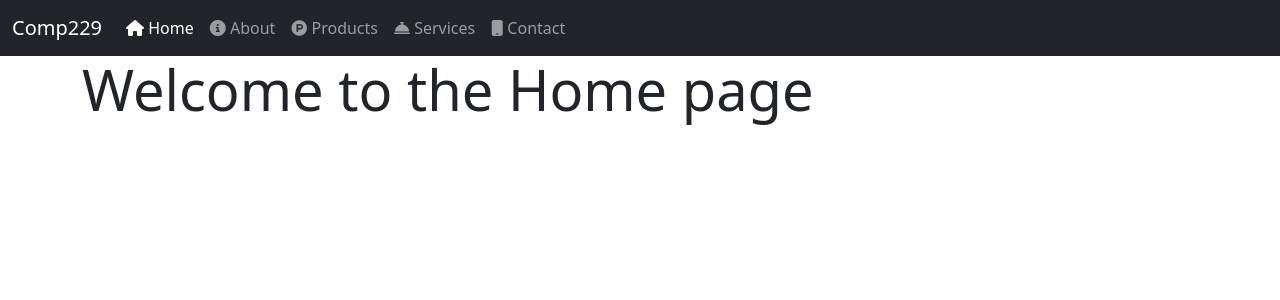
Repository: nhoque7/week3t.2
Page: http://localhost/
An editor plug-in stored every save of this project. The page is shown before and after the next save, followed by the edit.
The browser window is 1280 px wide. The pictures show the whole page.
The page is served by the project's Node server (server.js).

Above is the page before, as saved 2022-10-13 23:28:14.

After the next save:
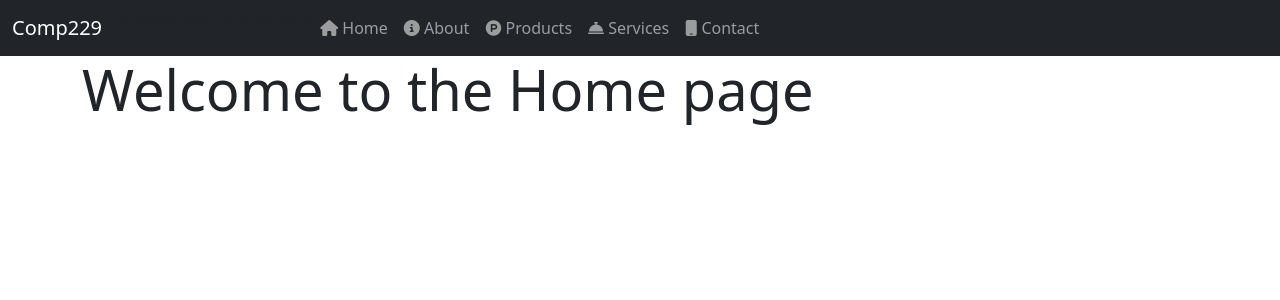
Saved 4 min 50 s later.
--- a/views/index.ejs
+++ b/views/index.ejs
@@ -23,8 +23,13 @@
       <div class="collapse navbar-collapse" id="navbarSupportedContent">
         <ul class="navbar-nav me-auto mb-2 mb-lg-0">
 
+          <% if (title == "Home") { %>
+          < class="nav-item active">
+          <% } else { %>
+          <% } %>
+
           <li class="nav-item">
-            <a class="nav-link active" aria-current="page" href="/home"><i class="fa-sharp fa-solid fa-house"></i> Home</a>
+            <a class="nav-link" aria-current="page" href="/home"><i class="fa-sharp fa-solid fa-house"></i> Home</a>
           </li>
 
           <li class="nav-item">
